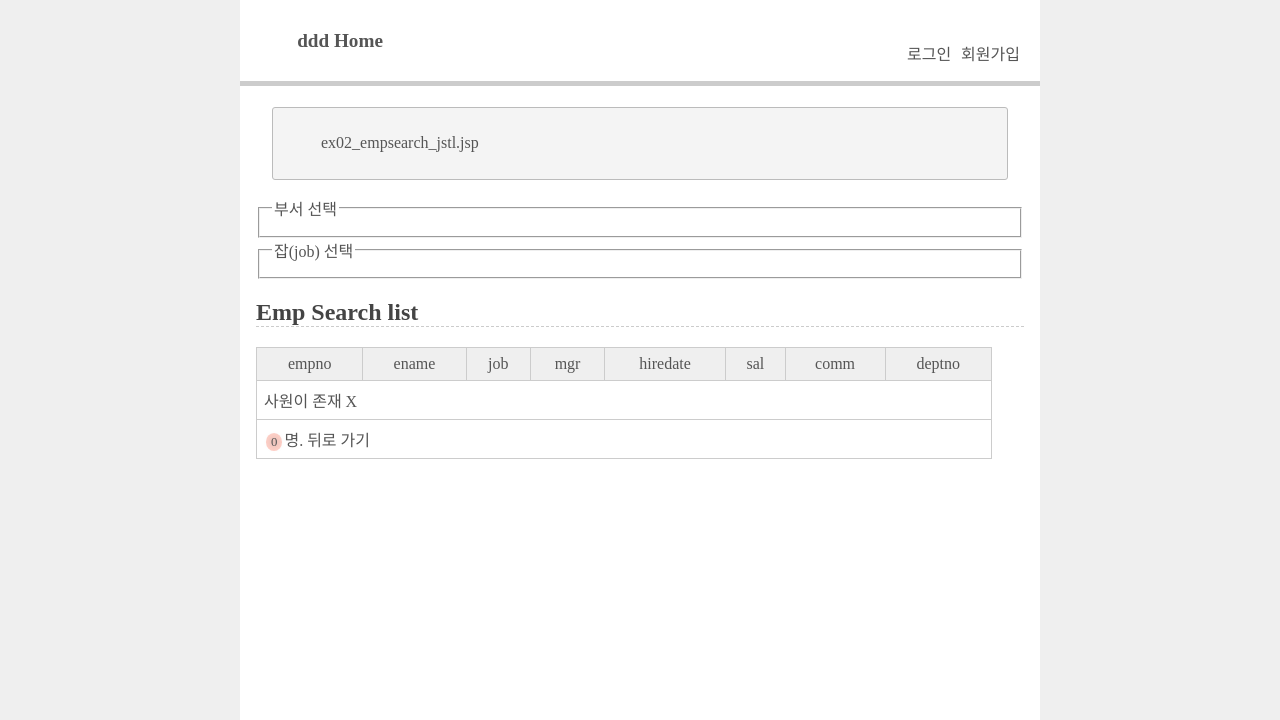
Repository: Deneb0000/JSP
Page: http://localhost/jspPro/days04/ex02_empsearch_jstl.jsp
The author's editor kept a copy of each file at every save. The page is drawn from the files as they stood at one save, then again after the next save.
The browser window is 1280 px wide. The pictures show the whole page.
Some web fonts or font styles are not loaded; a fallback is used. The page is served by Tomcat 9. Other server files are loaded and not shown. The template is opened directly, without the code that normally fills it, so the values that code supplies are empty.

Above is the page before, as saved 2024-10-18 05:19:01.

### jspPro/src/main/webapp/days04/ex02_empsearch_jstl.jsp
<%@ page contentType="text/html; charset=UTF-8" pageEncoding="UTF-8"%>
<%@ taglib prefix="c" uri="http://java.sun.com/jsp/jstl/core" %>
<%
String contextPath = request.getContextPath();
%>
<!DOCTYPE html>
<html>
<head>
<meta charset="UTF-8">
<title>Insert title here</title>
<link rel="shortcut icon" type="image/x-icon" href="http://localhost/jspPro/images/SiSt.ico">
<script src="https://ajax.googleapis.com/ajax/libs/jquery/3.7.1/jquery.min.js"></script>
<meta name="viewport" content="width=device-width, initial-scale=1.0">
<meta name="google" content="notranslate">
<link rel="stylesheet" href="http://localhost/jspPro/resources/cdn-main/example.css">
<script src="http://localhost/jspPro/resources/cdn-main/example.js"></script>
<style>
 span.material-symbols-outlined{
    vertical-align: text-bottom;
 }
</style>
</head>
<body>
<header>
  <h1 class="main"><a href="#" style="position: absolute;top:30px;">ddd Home</a></h1>
  <ul>
    <li><a href="#">로그인</a></li>

    <li><a href="#">회원가입</a></li>
  </ul>
</header>
<div>
  <xmp class="code">
        ex02_empsearch_jstl.jsp
  </xmp>

  <form action="<%= contextPath %>/days04/empsearch.htm">
  <fieldset>
  <legend>부서 선택</legend>
  <c:forEach items="${dlist}" var="vo">
  <input type="checkbox" id="deptno-${vo.deptno}" name="deptno" value="${vo.deptno}">
  <label for="deptno-${vo.deptno}">${vo.dname}
  </label>
  </c:forEach>
  </fieldset>

  <fieldset>
  <legend>잡(job) 선택</legend>
  <c:forEach items="${jlist}" var="job">
  <input type="checkbox" id="job-${job}" name="job" value="${job}">
  <label for="job-${job}">${job}
  </label>
  </c:forEach>
  </fieldset>
  </form>

  <h2>Emp Search list</h2>
  <table>
   <thead>
      <th>empno</th>
      <th>ename</th>
      <th>job</th>
      <th>mgr</th>
      <th>hiredate</th>
      <th>sal</th>
      <th>comm</th>
      <th>deptno</th>
   </thead>
     <tbody>
      <c:if test="${empty elist}">
        <tr>
          <td colspan="8">사원이 존재 X</td>
         </tr>
     </c:if>
     <c:if test="${not empty elist}">
      <c:forEach items="${ elist }" var="vo">
           <tr>
              <td>${vo.empno}</td>
              <td>${vo.ename}</td>
              <td>${vo.job}</td>
              <td>${vo.mgr}</td>
              <td>${vo.hiredate}</td>
              <td>${vo.sal}</td>
              <td>${vo.comm}</td>
              <td>${vo.deptno}</td>
           </tr>
           </c:forEach>
   </c:if>
   </tbody>
   <tfoot>
      <tr>
         <td colspan="8">
            <span class="badge left red">${empty elist ? 0 : elist.size()}</span>명.
            <a href="javascript:history.back()">뒤로 가기</a>
         </td>
      </tr>
   </tfoot>
  </table>

</div>
</body>
</html>

### jspPro/src/main/webapp/resources/cdn-main/example.css
@charset "UTF-8";

@import url('https://fonts.googleapis.com/css2?family=Material+Symbols+Outlined:opsz,wght,FILL,GRAD@20..48,100..700,0..1,-50..200');

@font-face {
    font-family: 'GmarketSansMedium';
    src: url('https://cdn.jsdelivr.net/gh/projectnoonnu/noonfonts_2001@1.1/GmarketSansMedium.woff') format('woff');
    font-weight: normal;
    font-style: normal;
}

:root {
	--text-color: #555;
	--sub-text-color: #777;
	--back-color: #EFEFEF;
	--header-color: #444;
	--primary-color: #DEDEDE;
	--secondary-color: #EFEFEF;
	--default-width: 800px;
	--narrow-width: 500px;
	--wide-width: 1200px;
	--text-font: 'GmarketSansMedium';
	--icon-font: 'Material Symbols Outlined';
	--border-color: #CCC;
}

html, body {
	margin: 0;
	padding: 0;
}

html {
	background-color: var(--back-color);
	display: flex;
	justify-content: center;
	min-height: 100vh;
}

body, body.default {
	width: var(--default-width);
	background-color: white;
	padding-bottom: 120px;
}

body.wide {
	width: var(--wide-width);
}

body.narrow {
	width: var(--narrow-width);
}



body, p, div, span, a, input, select, option, textarea, button, table, th, td, label, fieldset, legend {
	font-family: var(--text-font);
	color: var(--text-color);
}

h1, h2, h3 {
	font-family: var(--text-font);
	color: var(--header-color);
	padding: 0 1rem;
	padding-top: .5rem;
}

div > h1, div > h2, div > h3 {
	padding: 0;
}

body > div, body > main > div {
	padding: 0.3rem 1rem;
}


h1 { font-size: 2rem; border-bottom: 1px solid var(--border-color); }
h1 small { font-size: 1.2rem; color: var(--sub-text-color); }
h2 { font-size: 1.5rem; border-bottom: 1px dashed var(--border-color); }
h2 small { font-size: 1.1rem; color: --sub-text-color; }
h3 { font-size: 1.2rem; }
h3 small { font-size: 1rem; color: --sub-text-color; }



h1.main::before {
	font-family: var(--icon-font);
  	content: '\e666';
  	margin-right: 10px;
  	float: left;
	font-size: 2.5rem;
}

h1.sub::before {
	font-family: var(--icon-font);
  	content: '\ea19';
  	margin-right: 10px;
  	float: left;
	font-size: 2.5rem;
}


h1.page::before {
	font-family: var(--icon-font);
  	content: '\e0e0';
  	margin-right: 10px;
  	float: left;
	font-size: 2.5rem;
}

body > header > ul > li > .active{
	background-color: #FFF;
	color:#F00;
}

body > header {
	display: flex;
	justify-content: space-between;
	border-bottom: 5px solid var(--border-color);
	min-height: 74px;
	background-color: #FFF;
}

body > header.sticky {
	position: sticky;
	top: 0;
	z-index: 98;
}

body > header > h1 {
	font-size: 1.2rem;
	border: 0;
}

body > header.in > h1::before {
	font-family: var(--icon-font);
  	content: '\e332‥';
  	margin-right: 3px;
  	float: left;
	font-size: 2rem;
}


body > header > ul {
	list-style-type: none;
	display: flex;
	align-items: flex-end;
	margin-right: 10px;
}

body > header > ul > li {
	margin-right: 10px;
	cursor: pointer;
}

body > header > ul > li > a {
	cursor: pointer;
}


form {
	display: block;
}

form > div {
	padding: 0.3rem 1rem;
}

div > form > div {
	padding: 0.3rem 0;
}

input, textarea, button, select {
	border: 1px solid #BBB;
	border-radius: 3px;
	outline: none;
	resize: none;
	padding: 7px;
	margin: 0;
}

input[type=text]:read-only, textarea:read-only {
	cursor: not-allowed;
	background-color: #FFF;
}

input[type=text]:disabled, textarea:disabled {
	cursor: not-allowed;
	background-color: #EEE;
}

input[type=text], input[type=password], textarea, button, select {
	/* width: 300px; */
}

textarea {
	display: block;
	height: 100px;
}

input[type=button], input[type=submit], button {
	/* width: inherit; */
}

input.short, textarea.short, button.short, select.short {
	width: 100px;
}

input.long, textarea.long, button.long, select.long {
	width: 350px;
}

.narrow input.long, .narrow textarea.long, .narrow button.long, .narrow select.long {
	width: calc(100% - 20px);
}

input.full, textarea.full, button.full, select.full {
	width: calc(100% - 20px);
}

textarea.short {
	height: 50px;
}

textarea.long {
	height: 100px;
}

textarea.full {
	height: 200px;
}

input, textarea {
	padding-top: 8px;
}

input[type=button], input[type=submit], button {
	padding: 5px 10px;
	background-color: var(--secondary-color);
	cursor: pointer;
	min-height: 36px;
}

input[type=button].primary, input[type=submit].primary, button.primary {
	/* background-color: rgba(100, 149, 237, .2); */
	background-color: var(--primary-color);
}

input[type=button].primary:hover, input[type=submit].primary:hover, button.primary:hover {
	/* background-color: rgba(100, 149, 237, .3); */
	background-color: var(--secondary-color);
}

input[type=button]:hover, input[type=submit]:hover, button:hover {
	background-color: var(--primary-color);
}

button {
	position: relative;
	left: 0;
	top: 0;
	padding-left: 35px;
}

button .material-symbols-outlined {
	position: absolute;
	left: 10px;
	top: 4px;
}

/* k2nik add */
button.login::before {
	font-family: var(--icon-font);
  	content: '\ea77';
	position: absolute;
	left: 11px;
	top: 4px;
	font-size: 1.25rem;
}

/* k2nik logout */
button.logout::before {
	font-family: var(--icon-font);
  	content: '\e9ba';
	position: absolute;
	left: 11px;
	top: 4px;
	font-size: 1.25rem;
}

/* k2nik help */
button.help::before {
	font-family: var(--icon-font);
  	content: '\f1c0';
	position: absolute;
	left: 11px;
	top: 4px;
	font-size: 1.25rem;
}

button.add::before{
	font-family: var(--icon-font);
  	content: '\e746';
	position: absolute;
	left: 11px;
	top: 4px;
	font-size: 1.25rem;
}

button.back::before {
	font-family: var(--icon-font);
  	content: '\e166';
	position: absolute;
	left: 11px;
	top: 4px;
	font-size: 1.25rem;
}

button.list::before {
	font-family: var(--icon-font);
  	content: '\e0ee';
	position: absolute;
	left: 11px;
	top: 4px;
	font-size: 1.25rem;
}


button.del::before {
	font-family: var(--icon-font);
  	content: '\e872';
	position: absolute;
	left: 11px;
	top: 4px;
	font-size: 1.25rem;
}


button.edit::before {
	font-family: var(--icon-font);
  	content: '\e745';
	position: absolute;
	left: 11px;
	top: 4px;
	font-size: 1.25rem;
}


button.login::before {
	font-family: var(--icon-font);
  	content: '\ea77';
	position: absolute;
	left: 11px;
	top: 4px;
	font-size: 1.25rem;
}


button.logout::before {
	font-family: var(--icon-font);
  	content: '\e9ba';
	position: absolute;
	left: 11px;
	top: 4px;
	font-size: 1.25rem;
}


button.in::before {
	font-family: var(--icon-font);
  	content: '\f71a';
	position: absolute;
	left: 11px;
	top: 4px;
	font-size: 1.25rem;
}


button.out::before {
	font-family: var(--icon-font);
  	content: '\f70e';
	position: absolute;
	left: 11px;
	top: 4px;
	font-size: 1.25rem;
}


button.reply::before {
	font-family: var(--icon-font);
  	content: '\e15e';
	position: absolute;
	left: 11px;
	top: 4px;
	font-size: 1.25rem;
}


button.comment::before {
	font-family: var(--icon-font);
  	content: '\e0b9';
	position: absolute;
	left: 11px;
	top: 4px;
	font-size: 1.25rem;
}


button.modal::before {
	font-family: var(--icon-font);
  	content: '\e89e';
	position: absolute;
	left: 11px;
	top: 4px;
	font-size: 1.25rem;
}


button.ok::before {
	font-family: var(--icon-font);
  	content: '\e86c';
	position: absolute;
	left: 11px;
	top: 4px;
	font-size: 1.25rem;
}


button.cancel::before {
	font-family: var(--icon-font);
  	content: '\e5c9';
	position: absolute;
	left: 11px;
	top: 4px;
	font-size: 1.25rem;
}

button.search::before {
	font-family: var(--icon-font);
  	content: '\e8b6';
	position: absolute;
	left: 11px;
	top: 4px;
	font-size: 1.25rem;
}

button.home::before {
	font-family: var(--icon-font);
  	content: '\e88a';
	position: absolute;
	left: 11px;
	top: 4px;
	font-size: 1.25rem;
}


button.sidebar::before {
	font-family: var(--icon-font);
  	content: '\f7e4';
	position: absolute;
	left: 11px;
	top: 4px;
	font-size: 1.25rem;
}


button.sidebar-right::before {
	font-family: var(--icon-font);
  	content: '\f7e5';
	position: absolute;
	left: 11px;
	top: 4px;
	font-size: 1.25rem;
}




button::before {
	font-family: var(--icon-font);
  	content: '\e323';
	position: absolute;
	left: 11px;
	top: 4px;
	font-size: 1.25rem;
}


table {
	border-collapse: collapse;
	margin: 1rem;
	box-sizing: border-box;
	width: calc(100% - 32px);
}

table.content {
	width: auto;
}

div > table {
	margin: 0;
}

table th, table td {
	border: 1px solid var(--border-color);
	padding: 7px;
	font-weight: normal;
}

table th {
	background-color: var(--back-color);
}

table.vertical th {
	width: 150px;
}

table.vertical td {
	width: calc(100% - 182px);
	padding-left: 10px;
}

table.content td, table.content th {
	width: auto;
}

body.narrow table.vertical th {
	width: 100px;
}

body.narrow table.vertical td {
	width: calc(100% - 182px);
}


table + table {
	margin-top: 30px;
}


p {
	padding: 0 1rem;
}

a {
	text-decoration: none;
}

a:hover {
	color: rgba(255, 99, 71, .7);
}

hr {
	border: 0;
	border-top: 1px solid var(--border-color);
	margin: 2rem 0;
}

.message {
	border: 1px solid var(--border-color);
	background-color: #EFEFEF;
	margin: 1rem;
	width: auto;
	padding-top: 10px;
	padding-bottom: 10px;
	font-size: 14px;
}

.message[title]::before {
	content: attr(title);
	display: block;
	border-bottom: 1px solid var(--border-color);
	padding-bottom: 5px;
	margin-bottom: 10px;
	margin-top: 7px;
}

.message.short {
	max-width: 250px;
}

.message.long {
	max-width: 500px;
}

.badge {
	float: right;
	font-size: .8rem;
	margin-top: 2px;
	margin-right: 2px;
	text-shadow: 0 0 7px gray;
}

.badge.left {
	float: none;
	margin-left: 2px;
}

.badge.right {
	float: right;
}

.badge.red {
	border-radius: 50%;
	padding: 2px 5px;
	background-color: rgb(255, 99, 71, .3);
}

.badge.yellow {

	border-radius: 50%;
	padding: 2px 5px;
	background-color: rgb(255, 215, 0, .5);
}

.badge.blue {
	border-radius: 50%;
	padding: 2px 5px;
	background-color: rgb(100, 149, 237, .3);
}

label + label {
	margin-left: 7px;
}

label input[type=checkbox], label input[type=radio] {
	transform: translate(0, 1px);
}

.group {
	display: flex;
}

.modal-content .group {
	margin-bottom: .5rem;
}

.group label {
	border: 1px solid #BBB;
	border-radius: 3px;
	outline: none;
	resize: none;
	padding: 7px 14px;
	margin: 0;
	border-top-right-radius: 0;
	border-bottom-right-radius: 0;
	background-color: #EFEFEF;
	white-space: nowrap;
	font-size: 14px;
}

.group input[type=text] {
	margin-left: -1px;
	border-top-left-radius: 0;
	border-bottom-left-radius: 0;
}

.group select {
	margin-left: -1px;
	border-top-left-radius: 0;
	border-bottom-left-radius: 0;
}

.group input.full[type=text] {
	margin-left: -1px;
	border-top-left-radius: 0;
	border-bottom-left-radius: 0;
	width: 100%;
}

.group input[type=button]:first-child, .group button:first-child {
	border-top-left-radius: 3px;
	border-bottom-left-radius: 3px;
	margin-left: 0px;
}

.group input[type=button], .group button {
	border-radius: 0;
	margin-left: -1px;
}

.group input[type=button]:last-child, .group button:last-child {
	margin-left: -1px;
	border-top-right-radius: 3px;
	border-bottom-right-radius: 3px;
}

.seperate {
	display: flex;
	justify-content: space-between;
}

div.list {
	width: max-content;
	margin: 1rem;
	border: 1px solid #BBB;
	border-radius: 3px;
	padding: 0;
}

div.list.full {
	width: auto;
	display: block;
	margin: 1rem;
	border: 1px solid #BBB;
	border-radius: 3px;
	padding: 0;
}

div.list > div {
	padding: .5rem 1rem;
	margin: 0;
	border-bottom: 1px solid #BBB;
}

div.list > div:last-child {
	border-bottom: 0;
}

pre.code , xmp.code{
	font-family: consols;
	background-color: rgba(150, 150, 150, .1);
	border: 1px solid #BBB;
	border-radius: 3px;
	padding: .5rem 1rem;
	padding-bottom: .6rem;
	margin: 1rem;
}




*[data-modal-window] {
	position: fixed;
	background-color: rgba(0, 0, 0, .3);
	left: 0;
	top: 0;
	display: none;
	justify-content: center;
	align-items: flex-start;
	width: 100%;
	min-height: 100vh;
	z-index: 100;
	opacity: 0;
	transition: 500ms all;
}

*[data-modal-window] .modal-container {
	border-radius: 5px;
	padding: 1rem;
	padding-bottom: .5rem;
	margin-top: -500px;
	opacity: 0;
	width: 500px;
	background-color: #FFF;
	margin-right: 2rem;
	transition: 500ms all;
}

*[data-modal-size=content] .modal-container {
	width: auto;
}

*[data-modal-size=narrow] .modal-container {
	width: 300px;
}

*[data-modal-size=wide] .modal-container {
	width: 760px;
}


*[data-modal-window] .modal-header {
	border-bottom: 1px solid var(--border-color);
	padding: 2px 5px;
}

*[data-modal-window] .modal-content {
	padding: 1rem 5px;
}

*[data-modal-window] .modal-content div:last-child {
	margin-top: 1rem;
	text-align: right;
}



*[data-sidebar-window] {
	position: fixed;
	background-color: #FFF;
	left: 0;
	top: 0;
	display: block;
	width: 300px;
	border-right: 1px solid var(--border-color);
	box-sizing: border-box;
	box-shadow: 0 0 3px var(--back-color);
	min-height: 100vh;
	z-index: 99;
	transform: translate(-300px, 0);
	transition-duration: 500ms;
	transition-property: transform;
}

*[data-sidebar-direction=right] {
	left: auto;
	right: 0;
	transform: translate(300px, 0);
	border-left: 1px solid var(--border-color);
}

*[data-sidebar-size=wide] {
	width: 500px;
	transform: translate(-500px, 0);
}

*[data-sidebar-window] .sidebar-title {
	border-bottom: 1px solid var(--border-color);
	margin-top: 20px;
	margin-bottom: 20px;
	padding-bottom: 5px;
	display: flex;
	justify-content: space-between;
}

*[data-sidebar-window] .sidebar-title span:last-child {
	cursor: pointer;
}


/* K2Nik pagination */
.center {
  text-align: center;
}

.pagination {
  display: inline-block;
}

.pagination a {
  color: black;
  float: left;
  padding: 3px 6px;
  text-decoration: none;
  transition: background-color .3s;
  border: 1px solid #ddd;
  margin: 0 3px;
}

.pagination a.active {
  background-color: #4CAF50;
  color: white;
  border: 1px solid #4CAF50;
}

.pagination a:hover:not(.active) {background-color: #ddd;}

### jspPro/src/main/webapp/resources/cdn-main/example.js

window.onload = () => {

    const list = document.querySelectorAll('input, textarea');

    list.forEach(item => {
        item.setAttribute('autocomplete', 'off');
    });


    const modal_btn_list = document.querySelectorAll('*[data-modal-button]');

    modal_btn_list.forEach(item => {
        item.onclick = function() {

            const name = this.dataset['modalButton'];
            const modal_window = document.querySelector('*[data-modal-window=' + name);

            const container = document.createElement('div');
            container.className = 'modal-container';



            const modal_header = document.createElement('div');
            modal_header.textContent = modal_window.dataset['modalTitle'];
            modal_header.className = 'modal-header';
            container.appendChild(modal_header);

            const modal_content = document.createElement('div');
            modal_content.className = 'modal-content';
            container.appendChild(modal_content);

            Array.from(modal_window.childNodes).forEach(item => {
                modal_content.appendChild(item);
            });

            modal_window.appendChild(container);

            modal_window.style.display = 'flex';

            setTimeout(() => {
                modal_window.style.opacity = 1;
                container.style.marginTop = '20px';
                container.style.opacity = 1;
            }, 50);


            const modal_ok = document.querySelector('*[data-modal-ok=' + name);
            modal_ok.addEventListener('click', function() {
                modal_window.style.opacity = 0;
                container.style.marginTop = '-500px';
                container.style.opacity = 0;

                setTimeout(() => {
                    modal_window.innerHTML = modal_content.innerHTML;
                    modal_window.style.display = 'none';
                }, 500);

            });

            const modal_cancel = document.querySelector('*[data-modal-cancel=' + name);
            modal_cancel.addEventListener('click', function() {

                modal_window.style.opacity = 0;
                container.style.marginTop = '-500px';
                container.style.opacity = 0;

                setTimeout(() => {
                    modal_window.innerHTML = modal_content.innerHTML;
                    modal_window.style.display = 'none';
                }, 500);
            });


        };
    });


    const sidebar_btn_list = document.querySelectorAll('*[data-sidebar-button]');

    sidebar_btn_list.forEach(item => {
        item.onclick = function() {



            const name = this.dataset['sidebarButton'];
            const sidebar_window = document.querySelector('*[data-sidebar-window=' + name);

            if (sidebar_window.style.transform == 'translate(0px, 0px)') return;



            sidebar_window.style.transform = 'translate(0, 0)';

            const sidebar_title = document.createElement('div');
            sidebar_title.className = 'sidebar-title';
            sidebar_title.innerHTML = '<span>' + sidebar_window.dataset['sidebarTitle'] + '</span><span class="material-symbols-outlined">close</span>';

            sidebar_title.children[1].onclick = function() {

                let sign = 1;
                let distance = 300;

                if (sidebar_window.dataset['sidebarDirection'] != 'right') {
                    sign = -1;
                } else {
                    sign = 1;
                }

                if (sidebar_window.dataset['sidebarSize'] != 'wide') {
                    distance = 300;
                } else {
                    distance = 500;
                }

                distance *= sign;

                sidebar_window.style.transform = 'translate(' + distance + 'px, 0)';

                setTimeout(function() {
                    sidebar_window.removeChild(sidebar_window.children[0]);
                }, 500);
            };


            sidebar_window.prepend(sidebar_title);

        }
    });

};

// window.onkeydown = function(event) {

//     if (event.keyCode == 27) {
//         if (document.querySelector('[data-modal-window').style.display == 'flex') {
//             document.querySelector('[data-modal-window').style.display = 'none';
//         }
//     }

// };

After the next save:
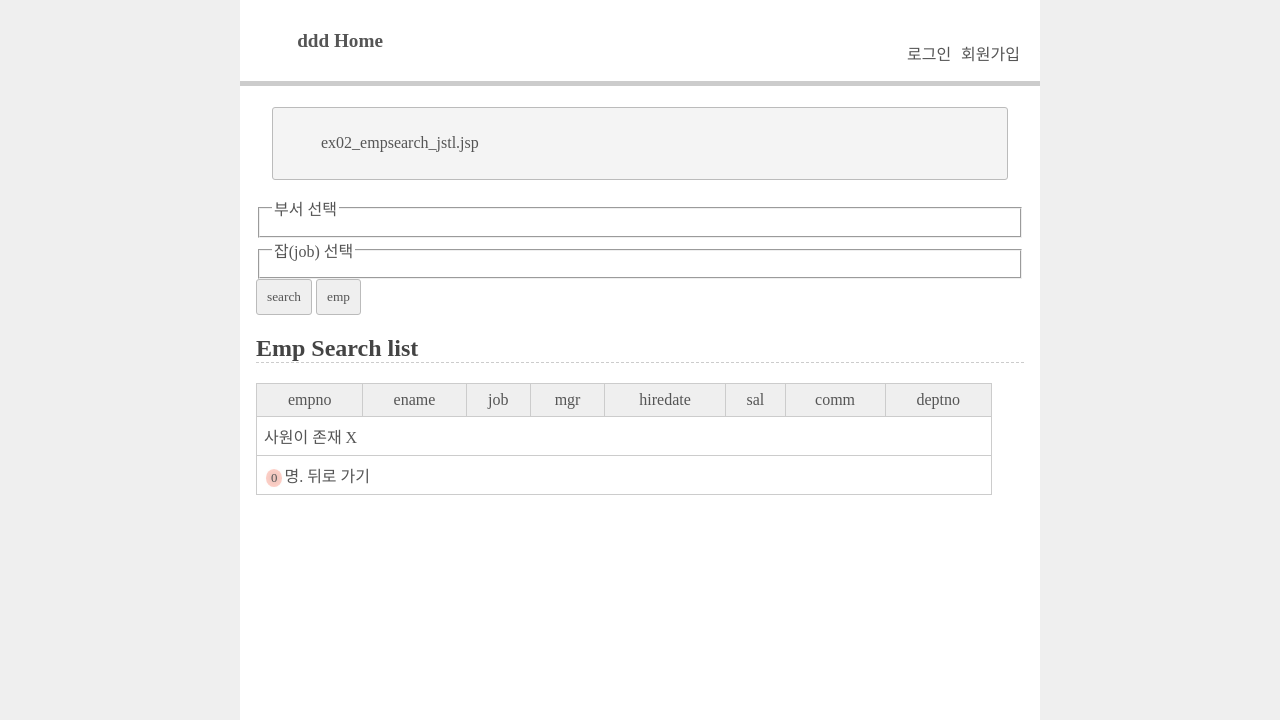
Saved 2 min 10 s later.
--- a/jspPro/src/main/webapp/days04/ex02_empsearch_jstl.jsp
+++ b/jspPro/src/main/webapp/days04/ex02_empsearch_jstl.jsp
@@ -52,6 +52,10 @@
   </label>
   </c:forEach>
   </fieldset>
+
+  <input type="submit" value="search">
+  <input type="button" value="emp">
+
   </form>
 
   <h2>Emp Search list</h2>
